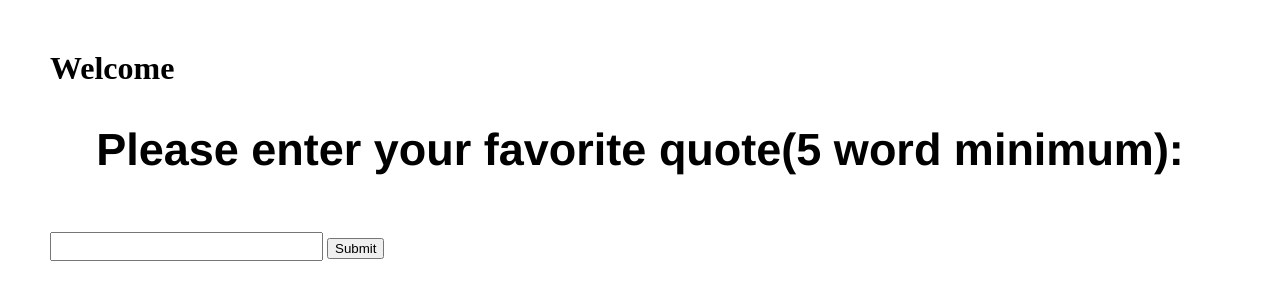
Repository: lilliebee/COSW30
Page: homework/homework4/quote.html
The author's editor kept a record of every edit. The page is drawn from the files as they stood at one moment, then again after the next edit.
The browser window is 1280 px wide. The pictures show the whole page.

Above is the page before.

### homework/homework4/quote.html
<html>
    <head>
        <style type="text/css">
            body {
                margin:50px;
            }
            label {
                font-size:30px;
                text-align:center;
                font-family: Helvetica;
            }

            input {
                font-size:20px;
            }
        </style>
    </head>
<body>

<form action="quote_process.php" method="POST">
    <h1>Welcome</h1>
<label for = "quote">
    <h2>Please enter your favorite quote(5 word minimum):</h2>
    </label><br>

<input type="text" id="quote" name="quote">

<button name="submit">Submit</button>
</form>

</body>
</html>

After the next edit:
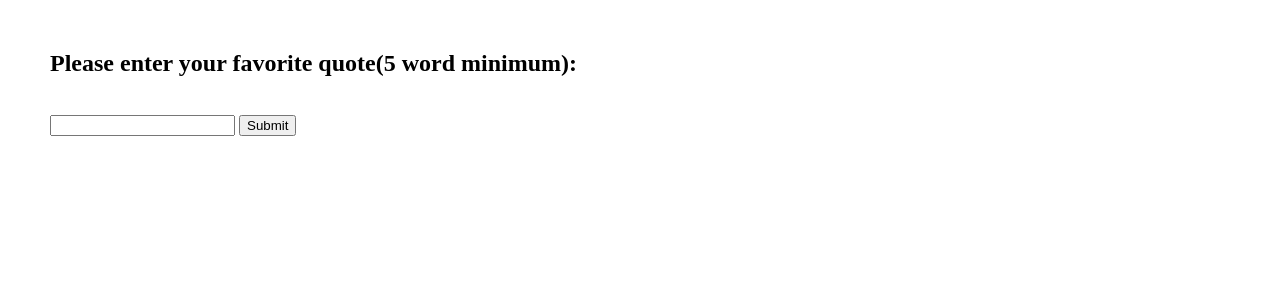
The edit:
--- a/homework/homework4/quote.html
+++ b/homework/homework4/quote.html
@@ -4,21 +4,13 @@
             body {
                 margin:50px;
             }
-            label {
-                font-size:30px;
-                text-align:center;
-                font-family: Helvetica;
-            }
 
-            input {
-                font-size:20px;
-            }
         </style>
     </head>
 <body>
 
 <form action="quote_process.php" method="POST">
-    <h1>Welcome</h1>
+
 <label for = "quote">
     <h2>Please enter your favorite quote(5 word minimum):</h2>
     </label><br>
